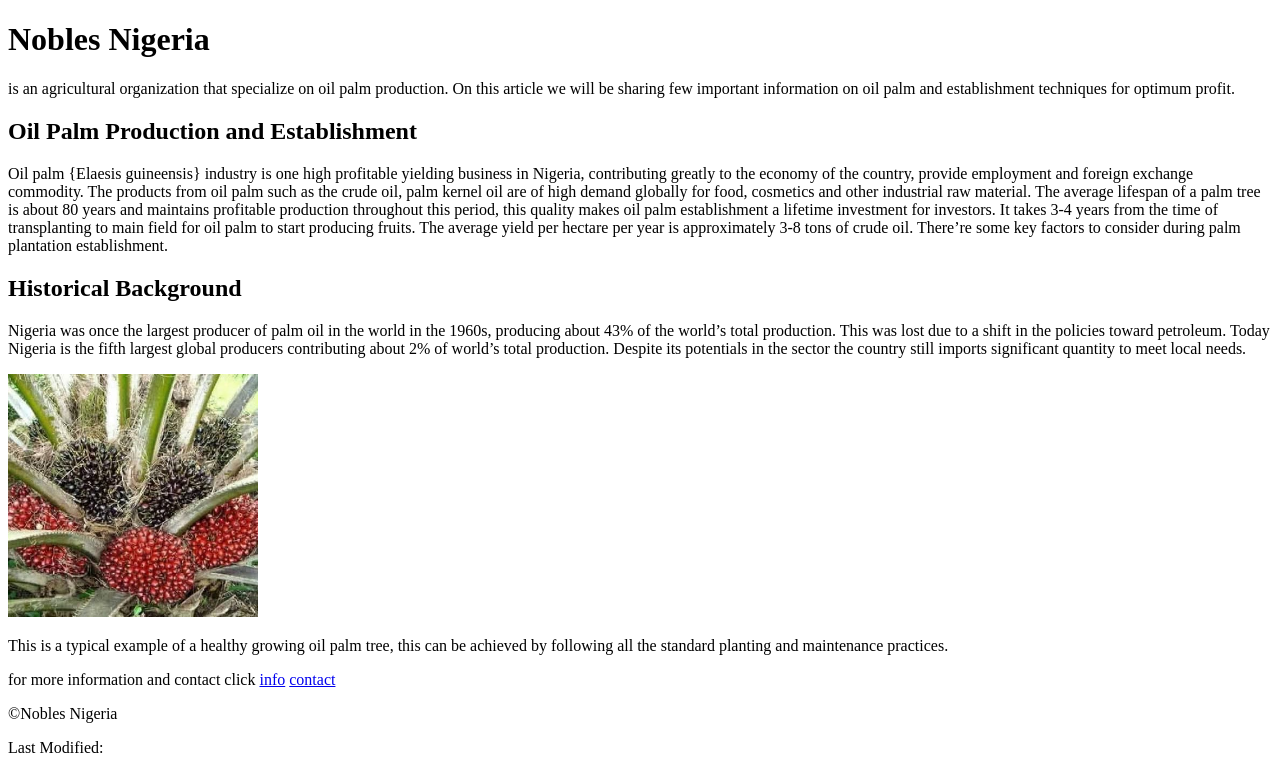
Repository: NoblesNigeria/wdd131
Page: wdd131-project/course-project.html
An editor plug-in stored every save of this project. The page is shown before and after the next save, followed by the edit.
The browser window is 1280 px wide. The pictures show the whole page.

Above is the page before, as saved 2025-12-03 13:53:12.

After the next save:
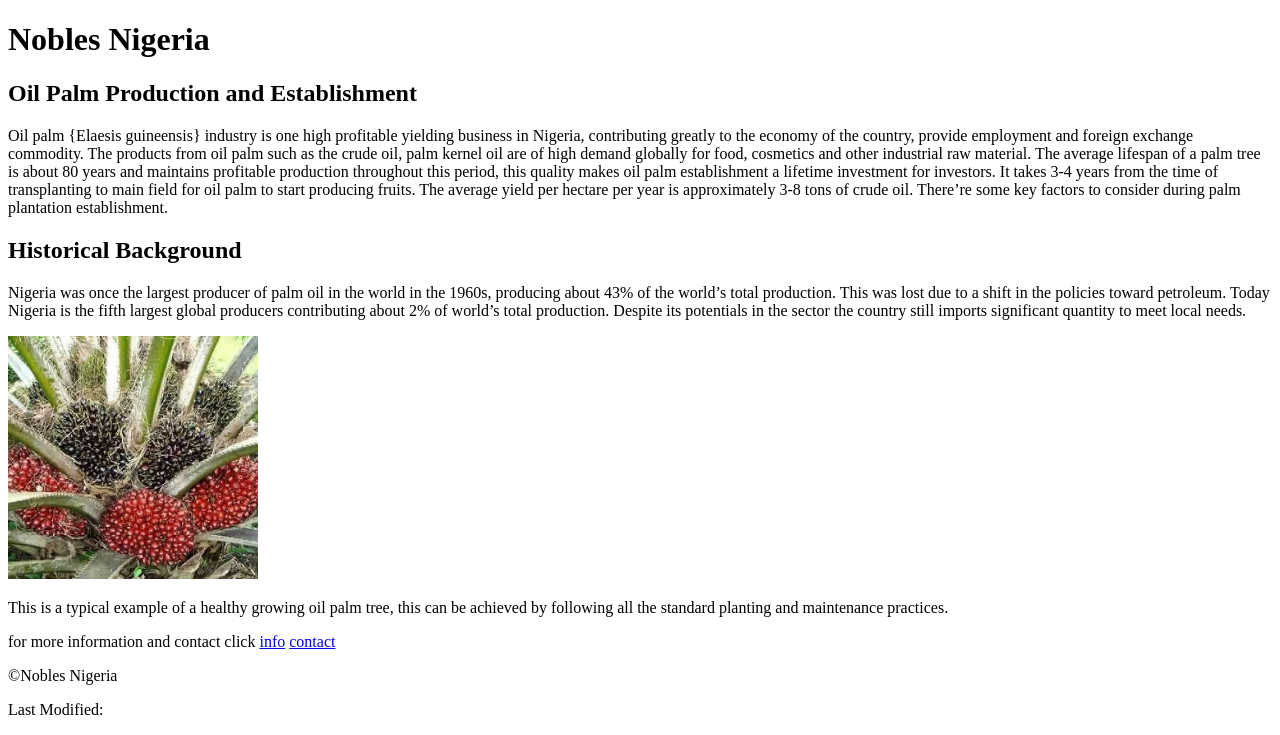
Saved 4 s later.
--- a/wdd131-project/course-project.html
+++ b/wdd131-project/course-project.html
@@ -15,7 +15,7 @@
         <h1>Nobles Nigeria</h1>
     </header>
     <main>
-        <p>is an agricultural organization that specialize on oil palm production. On this article we will be sharing few important information on oil palm and establishment techniques for optimum profit. </p>
+        <p><spanis an agricultural organization that specialize on oil palm production. On this article we will be sharing few important information on oil palm and establishment techniques for optimum profit. </p>
         <h2>Oil Palm Production and Establishment</h2>
         <p>Oil palm {Elaesis guineensis} industry is one high profitable yielding
 business in Nigeria, contributing greatly to the economy of the

After the save that followed:
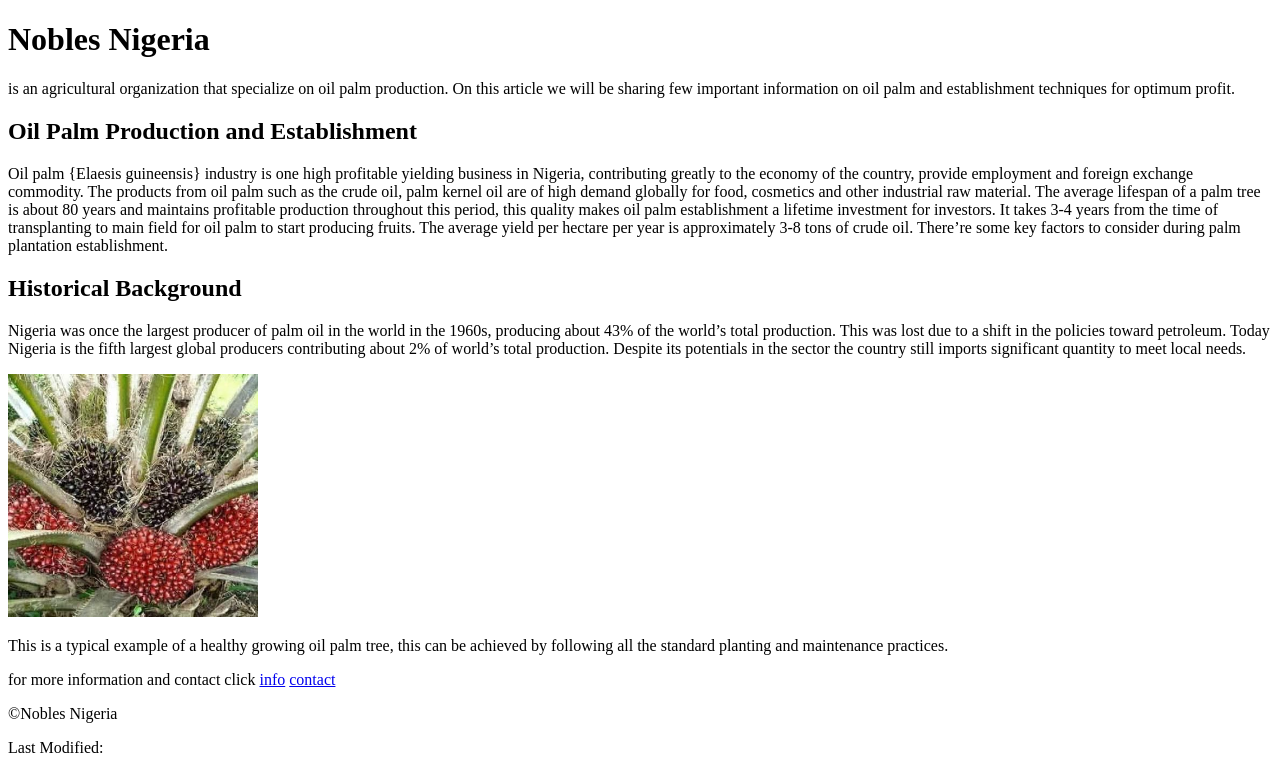
Saved 4 s later.
--- a/wdd131-project/course-project.html
+++ b/wdd131-project/course-project.html
@@ -15,7 +15,7 @@
         <h1>Nobles Nigeria</h1>
     </header>
     <main>
-        <p><spanis an agricultural organization that specialize on oil palm production. On this article we will be sharing few important information on oil palm and establishment techniques for optimum profit. </p>
+        <p><span></span>is an agricultural organization that specialize on oil palm production. On this article we will be sharing few important information on oil palm and establishment techniques for optimum profit. </p>
         <h2>Oil Palm Production and Establishment</h2>
         <p>Oil palm {Elaesis guineensis} industry is one high profitable yielding
 business in Nigeria, contributing greatly to the economy of the
